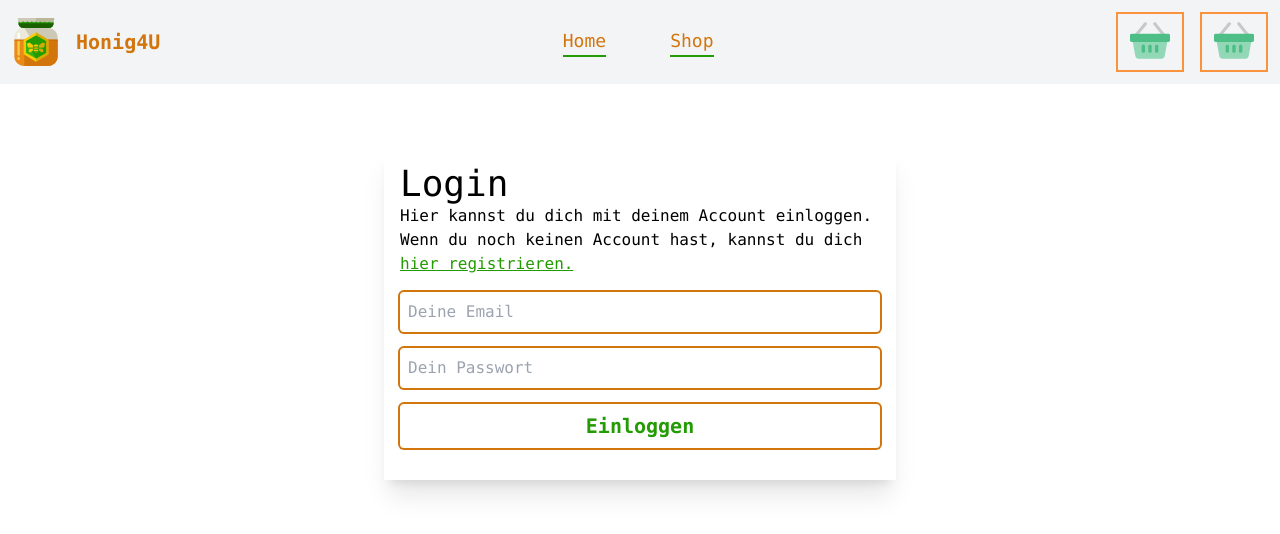
Repository: cainytheslave/PHPHonigShop
Page: http://localhost/login.php
These files come from the project's save history. The page is drawn as it stood at one moment and after the next save; the edit follows.
The browser window is 1280 px wide. The pictures show the whole page.
The page is run by PHP 8.4 with error messages shown; the project is at /var/www/html/. Style sheets and scripts are compiled from the project's sources, by tool versions that may differ from the author's.

Above is the page before, as saved 2022-03-11 01:25:49.

### login.php
<?php

session_start();

$einstellungen = require('core/einstellungen.php');

// Ziel nach Login speichern
if (isset($_GET['to'])) {
    $_SESSION['afterLoginDestination'] = $_GET['to'];
}

// Warenkorb initalisieren falls noch nicht getan
if (!isset($_SESSION['warenkorb'])) {
    $_SESSION['warenkorb'] = [];
}

if (isset($_POST['login'])) {
    if (isset($_POST['email']) && isset($_POST['password'])) {
        require('core/conn.php');
        $conn = getDatenbank();

        try {
            $stmt = $conn->prepare("SELECT * FROM Kunden WHERE email = '" . $_POST['email'] . "'");
            $stmt->execute();

            $result = $stmt->setFetchMode(PDO::FETCH_ASSOC);

            $users = $stmt->fetchAll();

            if (count($users) > 0) {
                foreach ($users as $user) {
                    if (password_verify($_POST['password'], $user['password'])) {

                        $_SESSION['user'] = [
                            'id' => $user['id'],
                            'vorname' => $user['vorname'],
                            'nachname' => $user['nachname'],
                            'email' => $user['email']
                        ];

                        header('Location: shop.php');
                    } else {
                        $errors = ['Die Email Adresse wurde gefunden, das Passwort ist leider falsch.'];
                    }
                }
            } else {
                $errors = ['Kein Benutzer mit dieser Email Adresse gefunden.'];
            }
        } catch (PDOException $e) {
            $errors = [$e->getMessage()];
        }
    } else {
        $errors = ['Bitte fülle alle Felder aus.'];
    }
}

?>

<!DOCTYPE html>
<html lang="en">

<head>
    <meta charset="UTF-8">
    <meta http-equiv="X-UA-Compatible" content="IE=edge">
    <meta name="viewport" content="width=device-width, initial-scale=1.0">
    <title><?= $einstellungen['firma'] ?> Login</title>

    <?php include('includes/head.inc.php') ?>
</head>

<body class="font-mono">

    <?php include('includes/header.inc.php') ?>

    <main class="flex flex-col gap-16 py-16 mx-auto max-w-7xl">
        <?php if (isset($errors) && count($errors) > 0) : ?>
            <section class="bg-red-300 border-2 border-red-500 max-w-lg mx-auto shadow-xl p-4">
                <?php foreach ($errors as $error) : ?>
                    <p class="text-lg font-semibold">Error: <?= $error ?></p>
                <?php endforeach; ?>
            </section>
        <?php endif; ?>
        <section class="bg-white max-w-lg mx-auto shadow-xl p-4">
            <h1 class="text-4xl">Login</h1>
            <p>Hier kannst du dich mit deinem Account einloggen. Wenn du noch keinen Account hast, kannst du dich <a class="underline text-honeygreen" href="registrierung.php">hier registrieren.</a></p>
            <form class="flex flex-col gap-4 py-4" method="POST" action="">
                <input class="px-2 py-2 rounded ring-2 ring-honey" type="email" required name="email" placeholder="Deine Email">
                <input class="px-2 py-2 rounded ring-2 ring-honey" type="password" required name="password" placeholder="Dein Passwort">
                <input type="submit" class="px-2 py-2 rounded ring-2 font-semibold text-xl text-honeygreen ring-honey" name="login" value="Einloggen">
            </form>
        </section>
    </main>
</body>

</html>

### core/einstellungen.php
<?php

return [
    'firma' => 'Honig4U'
];

### includes/head.inc.php
<!-- Styling -->
<link rel="stylesheet" href="style.css">

<!-- AlpineJS (Javascript Framework für Mobiles Menu https://alpinejs.dev) -->
<script defer src="https://unpkg.com/alpinejs@3.x.x/dist/cdn.min.js"></script>

### includes/header.inc.php
<?php

require('core/Komponente.php');
$einstellungen = require('core/einstellungen.php');

?>

<!-- Header -->
<header class="w-full bg-gray-100" x-data="{open: false}">
    <!-- Desktop -->
    <div class="flex items-center justify-between px-3 py-3 mx-auto max-w-7xl">

        <!-- Logo -->
        <div class="flex items-center gap-4">
            <img src="images/logo.svg" class="w-12 h-12" alt="Logo">
            <p class="text-xl font-semibold text-honey"><?= $einstellungen['firma'] ?></p>
        </div>

        <!-- Mobile Menu -->
        <img @click="open = !open" src="images/menu.svg" class="block w-10 h-10 sm:hidden" alt="">

        <!-- Navigation-->
        <ul class="items-center hidden gap-16 sm:flex">
            <li class="text-lg border-b-2 border-honeygreen">
                <a href="index.php" class="text-honey">Home</a>
            </li>
            <li class="text-lg border-b-2 border-honeygreen">
                <a href="shop.php" class="text-honey">Shop</a>
            </li>
        </ul>

        <!-- Warenkorb / Login -->
        <div class="items-center hidden gap-4 sm:flex">
            <?php if (isset($_SESSION['user'])) : ?>

                <?= Komponente::link('<img src="images/basket.svg" class="w-10 h-10" alt="">', 'warenkorb.php') ?>

                <?= Komponente::link('<img src="images/logout.svg" class="w-10 h-10" alt="">', 'logout.php?to=login.php') ?>
            <?php else : ?>
                <?= Komponente::link('<img src="images/basket.svg" class="w-10 h-10" alt="">', 'warenkorb.php') ?>
                <?= Komponente::link('<img src="images/basket.svg" class="w-10 h-10" alt="">', 'warenkorb.php') ?>
            <?php endif; ?>
        </div>
    </div>

    <!-- -->
    <div class="flex flex-col gap-2 px-2 border-t-2 sm:hidden" x-show="open" style="display:none">
        <ul class="flex flex-col gap-2">
            <a href="index.php" class="text-honey">
                <li class="py-3 text-lg text-center border-2 rounded-md border-b-none border-honeygreen">
                    Home
                </li>
            </a>
            <a href="shop.php" class="text-honey">
                <li class="py-3 text-lg text-center border-2 rounded-md border-honeygreen">
                    Shop
                </li>
            </a>
        </ul>
        <div class="items-center gap-4">
            <?php if (isset($_SESSION['user'])) : ?>
                <a href="warenkorb.php" class="relative flex items-center gap-3" x-data="{open: false}" @click="open = !open">
                    <p>Warenkorb</p>
                    <img src="images/basket.svg" class="w-10 h-10" alt="">
                </a>
            <?php else : ?>
                <div class="flex gap-3">
                    <a href="login.php" class="flex items-center gap-2 px-2 py-1 font-semibold rounded-md text-honey grow ring-2 ring-honeygreen">
                        Login
                    </a>
                    <a href="registrierung.php" class="flex items-center gap-2 px-2 py-1 font-semibold text-white rounded-md grow ring-2 ring-honey bg-honeygreen">
                        Registrieren
                    </a>
                </div>

            <?php endif; ?>
        </div>
    </div>
</header>

### core/Komponente.php
<?php

class Komponente
{

    static function link($text = "", $href = "", $border = "orange")
    {
        $classes = "text-center px-3 py-2 border-2 hover:bg-gray-200 active:scale-95 hover:scale-105 border-$border-400";
        return "<a href='$href' class='$classes'>$text</a>";
    }

    static function button($text = "", $name = "", $border = "orange")
    {
        $classes = "text-center px-3 py-2 border-2 hover:bg-gray-200 active:scale-95 hover:scale-105 border-$border-400";
        return "<form method='POST' action=''> <input type='submit' name='$name' class='$classes' value='$text'></form>";
    }
}

### tailwind.config.js
module.exports = {
    content: [
        "./*.{html,js,php}",
        "./core/*.php",
        "./includes/*.php"
    ],
    theme: {
        extend: {
            colors: {
                honey: '#d3750d',
                honeylight: '#d3ab05',
                honeygreen: '#239b02'
            }
        },
    },
    safelist: [{
        pattern: /border-(orange|green|red)-400/,
    }, ],
    plugins: [],
}

### images/logo.svg
<?xml version="1.0" encoding="iso-8859-1"?>
<!-- Generator: Adobe Illustrator 19.0.0, SVG Export Plug-In . SVG Version: 6.00 Build 0)  -->
<svg version="1.1" id="Layer_1" xmlns="http://www.w3.org/2000/svg" xmlns:xlink="http://www.w3.org/1999/xlink" x="0px" y="0px"
	 viewBox="0 0 496.8 496.8" style="enable-background:new 0 0 496.8 496.8;" xml:space="preserve">
<path style="fill:#EAE9DA;" d="M472.4,403.2c0,56-46.4,92.8-102.4,92.8H128.4c-56,0-104-44.8-104-92.8V204.8
	C24.4,149.6,70,104,125.2,104h245.6c56,0,100.8,45.6,100.8,100.8v198.4H472.4z"/>
<path style="fill:#CCCAB6;" d="M128.4,104H370c56,0,102.4,41.6,102.4,97.6v197.6c0,56-46.4,97.6-102.4,97.6"/>
<path style="fill:#EA8B18;" d="M24.4,224v174.4c0,56,46.4,97.6,102.4,97.6H370c56,0,102.4-41.6,102.4-97.6V224H24.4z"/>
<path style="fill:#D3750D;" d="M128.4,496H370c56,0,102.4-41.6,102.4-97.6v-172L126,224.8"/>
<path style="fill:#F7CA4D;" d="M80.4,376.8c0,6.4-5.6,12-12,12l0,0c-6.4,0-12-5.6-12-12V247.2c0-6.4,5.6-12,12-12l0,0
	c6.4,0,12,5.6,12,12V376.8z"/>
<path style="fill:#FFFFFF;" d="M80.4,201.6c0,6.4-5.6,12-12,12l0,0c-6.4,0-12-5.6-12-12v-38.4c0-5.6,5.6-11.2,12-11.2l0,0
	c6.4,0,12,5.6,12,12V201.6z"/>
<path style="fill:#F7CA4D;" d="M80.4,423.2c0,6.4-5.6,12-12,12l0,0c-6.4,0-12-5.6-12-12v-8c0-6.4,5.6-12,12-12l0,0
	c6.4,0,12,5.6,12,12V423.2z"/>
<path style="fill:#239B02;" d="M430.8,52c0,26.4-21.6,52-48,52H114c-26.4,0-48-25.6-48-52l0,0c0-26.4,21.6-52,48-52h268
	C409.2,0,430.8,25.6,430.8,52L430.8,52z"/>
<path style="fill:#1A6000;" d="M430.8,53.6L430.8,53.6c0,26.4-21.6,50.4-48,50.4H114c-26.4,0-48-22.4-48-48.8l0,0"/>
<path style="fill:#CCCAB6;" d="M437.2,12c0-8-6.4-12-13.6-12H73.2c-8,0-13.6,4-13.6,12c0,4.8,2.4,8,5.6,10.4
	c2.4,13.6,14.4,23.2,28,23.2c8.8,0,16.8-4.8,22.4-11.2c5.6,6.4,12.8,10.4,22.4,10.4c8.8,0,16.8-4,22.4-10.4
	c5.6,6.4,12.8,10.4,22.4,10.4c8.8,0,16.8-4,22.4-10.4c5.6,6.4,12.8,10.4,22.4,10.4s16.8-4,22.4-10.4c5.6,6.4,12.8,10.4,22.4,10.4
	c9.6,0,16.8-4,22.4-10.4c5.6,6.4,12.8,10.4,22.4,10.4c8.8,0,16.8-4,22.4-10.4c5.6,6.4,12.8,10.4,22.4,10.4c8.8,0,16.8-4,22.4-10.4
	c5.6,6.4,12.8,10.4,22.4,10.4c14.4,0,25.6-9.6,28-23.2C434.8,20,437.2,16.8,437.2,12z"/>
<path style="fill:#BAB699;" d="M423.6,0H248.4v35.2c0,0,0-0.8,0.8-0.8c5.6,6.4,12.8,10.4,21.6,10.4c8.8,0,16.8-4,22.4-10.4
	c5.6,6.4,12.8,10.4,22.4,10.4c8.8,0,16.8-4,22.4-10.4c5.6,6.4,12.8,10.4,22.4,10.4c8.8,0,16.8-4,22.4-10.4
	c5.6,6.4,12.8,10.4,22.4,10.4c14.4,0,25.6-10.4,28-24c3.2-2.4,5.6-4.8,5.6-9.6C437.2,4,430.8,0,423.6,0z"/>
<rect x="24.4" y="224" style="fill:#C65E00;" width="448" height="8"/>
<polygon style="fill:#F9CA06;" points="376.4,376 248.4,452 120.4,376 120.4,224 248.4,147.2 376.4,224 "/>
<polyline style="fill:#D3AB05;" points="248.4,147.2 376.4,224 376.4,376 248.4,452 "/>
<polygon style="fill:#34B515;" points="352.4,359.2 248.4,418.4 144.4,359.2 144.4,240.8 248.4,180.8 352.4,240.8 "/>
<polyline style="fill:#239B02;" points="144.4,240.8 249.2,180.8 352.4,240.8 352.4,359.2 248.4,418.4 "/>
<g>
	<polygon style="fill:#F9CA06;" points="224.4,328 224.4,339.2 226,344 270.8,344 272.4,339.2 272.4,328 	"/>
	<polygon style="fill:#F9CA06;" points="272.4,296 272.4,283.2 248.4,272 224.4,283.2 224.4,296 	"/>
</g>
<g>
	<rect x="224.4" y="304" style="fill:#D3AB05;" width="48" height="16"/>
	<polygon style="fill:#D3AB05;" points="236.4,352 248.4,363.2 260.4,352 	"/>
</g>
<g>
	<polygon style="fill:#F9CA06;" points="216.4,280 216.4,308.8 166.8,305.6 153.2,265.6 179.6,253.6 	"/>
	<polygon style="fill:#F9CA06;" points="216.4,336.8 216.4,316 180.4,318.4 170.8,347.2 190,356 	"/>
</g>
<g>
	<polygon style="fill:#D3AB05;" points="280.4,280 280.4,308.8 330,305.6 343.6,265.6 317.2,253.6 	"/>
	<polygon style="fill:#D3AB05;" points="280.4,336.8 280.4,316 316.4,318.4 326,347.2 306.8,356 	"/>
</g>
<g>
</g>
<g>
</g>
<g>
</g>
<g>
</g>
<g>
</g>
<g>
</g>
<g>
</g>
<g>
</g>
<g>
</g>
<g>
</g>
<g>
</g>
<g>
</g>
<g>
</g>
<g>
</g>
<g>
</g>
</svg>

### images/menu.svg
<svg width="512px" height="512px" viewBox="0 0 512 512" xmlns="http://www.w3.org/2000/svg"><path fill="#000" d="M32 96v64h448V96H32zm0 128v64h448v-64H32zm0 128v64h448v-64H32z"/></svg>

### images/basket.svg
<svg width="48px" height="48px" viewBox="0 0 48 48" xmlns="http://www.w3.org/2000/svg"><title>70 Basic icons by Xicons.co</title><path d="M37.67,44H10.33a4,4,0,0,1-3.93-3.27L2,17H46L41.61,40.73A4,4,0,0,1,37.67,44Z" fill="#93d8b6"/><path d="M40.44,17.42a1.85,1.85,0,0,1-1.46-.7L28.32,3.27a1.86,1.86,0,0,1,0-2.41A1.87,1.87,0,0,1,31.17,1L41.84,14.42A1.81,1.81,0,0,1,40.44,17.42Z" fill="#c8c8c8"/><path d="M7.37,17.43a1.81,1.81,0,0,1-1.38-3L17,1A1.94,1.94,0,0,1,19.37.49a1.79,1.79,0,0,1,.54,2.72L8.81,16.75A1.86,1.86,0,0,1,7.37,17.43Z" fill="#c8c8c8"/><path d="M45.23,14.28H2.77A2.75,2.75,0,0,0,0,17v1.81a2.75,2.75,0,0,0,2.77,2.72H45.23A2.75,2.75,0,0,0,48,18.81V17A2.75,2.75,0,0,0,45.23,14.28Z" fill="#94ac82"/><rect y="14" width="48" height="10" rx="2" ry="2" fill="#4dbe86"/><path d="M16,37a2,2,0,0,1-2-2V29a2,2,0,0,1,4,0v6A2,2,0,0,1,16,37Z" fill="#4dbe86"/><path d="M24,37a2,2,0,0,1-2-2V29a2,2,0,0,1,4,0v6A2,2,0,0,1,24,37Z" fill="#4dbe86"/><path d="M32,37a2,2,0,0,1-2-2V29a2,2,0,0,1,4,0v6A2,2,0,0,1,32,37Z" fill="#4dbe86"/></svg>

Loaded but not shown: tailwind.css (common file)

After the next save:
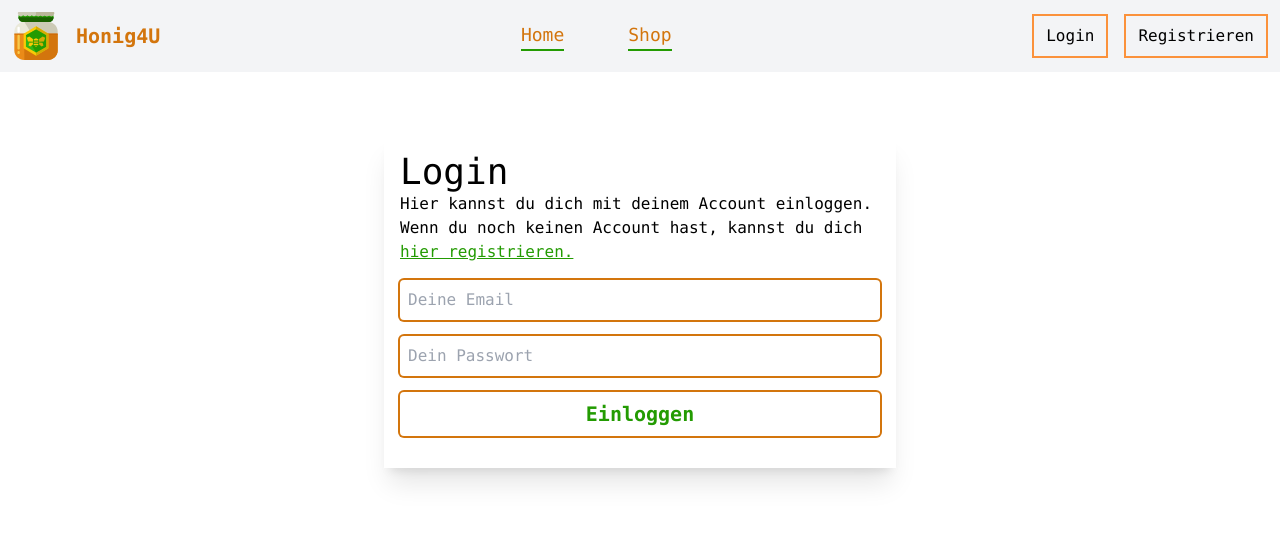
Saved 29 s later.
--- a/includes/header.inc.php
+++ b/includes/header.inc.php
@@ -37,8 +37,8 @@ $einstellungen = require('core/einstellungen.php');
 
                 <?= Komponente::link('<img src="images/logout.svg" class="w-10 h-10" alt="">', 'logout.php?to=login.php') ?>
             <?php else : ?>
-                <?= Komponente::link('<img src="images/basket.svg" class="w-10 h-10" alt="">', 'warenkorb.php') ?>
-                <?= Komponente::link('<img src="images/basket.svg" class="w-10 h-10" alt="">', 'warenkorb.php') ?>
+                <?= Komponente::link('Login', 'login.php') ?>
+                <?= Komponente::link('Registrieren', 'registrierung.php') ?>
             <?php endif; ?>
         </div>
     </div>
